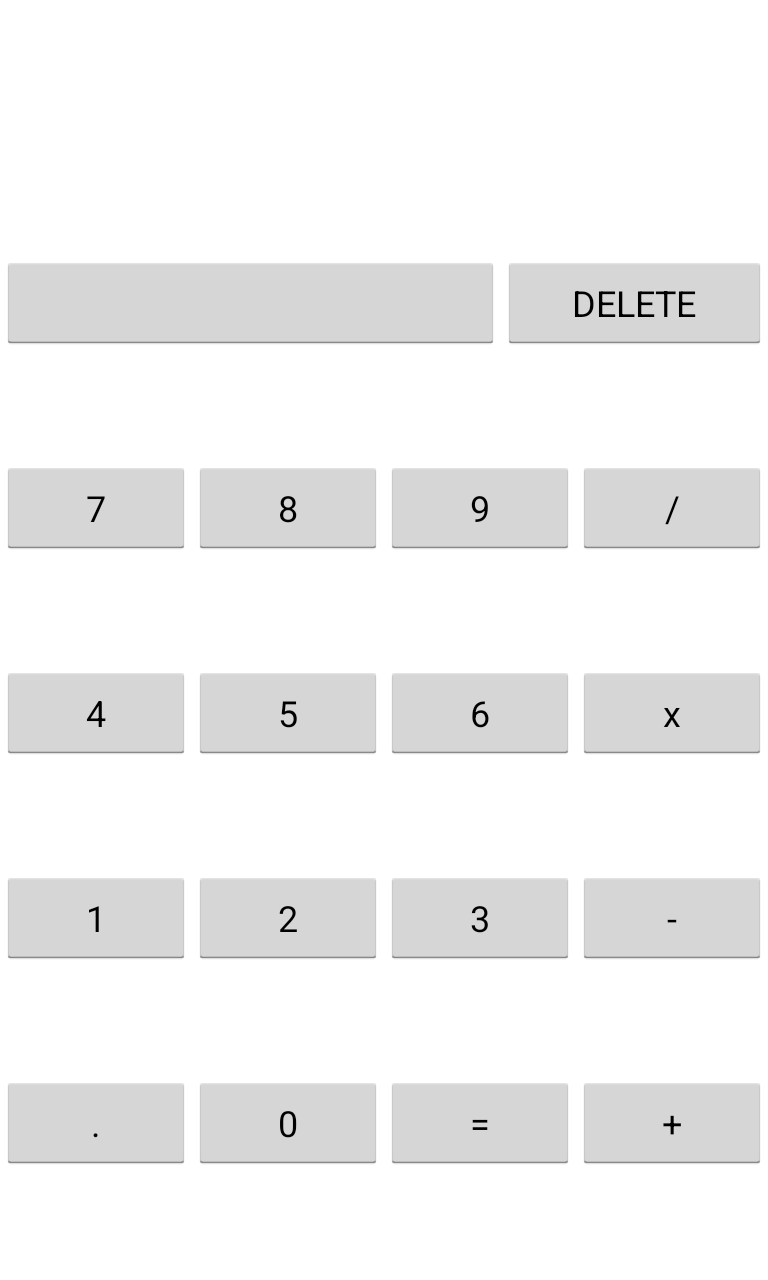
Repository: iracom/ejercicios-android
Layout: Calculadora/res/layout/activity_main.xml
The author's editor kept a copy of each file at every save. The layout is drawn from the files as they stood at one save, then again after the next save.
It is drawn on a 768 x 1280 px phone screen (xhdpi) without system bars, with theme AppTheme; the app's code is not run.

Above is the layout before, as saved 2014-05-07 10:06:20.

### Calculadora/res/layout/activity_main.xml
<LinearLayout xmlns:android="http://schemas.android.com/apk/res/android"
    xmlns:tools="http://schemas.android.com/tools"
    android:id="@+id/container"
    android:layout_width="match_parent"
    android:layout_height="match_parent"
    android:orientation="vertical">

    <TextView
        android:id="@+id/textView1"
        android:layout_width="match_parent"
        android:layout_height="wrap_content"
        android:layout_weight="2"
        android:text="" />

    <LinearLayout
        android:layout_width="match_parent"
        android:layout_height="wrap_content"
        android:layout_weight="1"
        android:orientation="horizontal" >

        <Button
            android:id="@+id/button2"
            android:layout_width="wrap_content"
            android:layout_height="wrap_content"
            android:layout_weight="4"
            android:text=""
            android:clickable="false"/>

        <Button
            android:id="@+id/btn_delete"
            android:layout_width="wrap_content"
            android:layout_height="wrap_content"
            android:layout_weight="1"
            android:text="@string/borrar" />

    </LinearLayout>

    <LinearLayout
        android:layout_width="match_parent"
        android:layout_height="wrap_content"
        android:layout_weight="1"
        android:orientation="horizontal" >

        <Button
            android:id="@+id/btn_7"
            android:layout_width="wrap_content"
            android:layout_height="wrap_content"
            android:layout_weight="1"
            android:text="@string/siete" />

        <Button
            android:id="@+id/btn_8"
            android:layout_width="wrap_content"
            android:layout_height="wrap_content"
            android:layout_weight="1"
            android:text="@string/ocho" />

        <Button
            android:id="@+id/btn_9"
            android:layout_width="wrap_content"
            android:layout_height="wrap_content"
            android:layout_weight="1"
            android:text="@string/nueve" />

        <Button
            android:id="@+id/btn_div"
            android:layout_width="wrap_content"
            android:layout_height="wrap_content"
            android:layout_weight="1"
            android:text="@string/div" />

    </LinearLayout>

    <LinearLayout
        android:layout_width="match_parent"
        android:layout_height="wrap_content"
        android:layout_weight="1"
        android:orientation="horizontal" >

        <Button
            android:id="@+id/btn_4"
            android:layout_width="wrap_content"
            android:layout_height="wrap_content"
            android:layout_weight="1"
            android:text="@string/cuatro" />

        <Button
            android:id="@+id/btn_5"
            android:layout_width="wrap_content"
            android:layout_height="wrap_content"
            android:layout_weight="1"
            android:text="@string/cinco" />

        <Button
            android:id="@+id/btn_6"
            android:layout_width="wrap_content"
            android:layout_height="wrap_content"
            android:layout_weight="1"
            android:text="@string/seis" />

        <Button
            android:id="@+id/btn_mul"
            android:layout_width="wrap_content"
            android:layout_height="wrap_content"
            android:layout_weight="1"
            android:text="@string/mul" />

    </LinearLayout>

    <LinearLayout
        android:layout_width="match_parent"
        android:layout_height="wrap_content"
        android:layout_weight="1"
        android:orientation="horizontal" >

        <Button
            android:id="@+id/btn_1"
            android:layout_width="wrap_content"
            android:layout_height="wrap_content"
            android:layout_weight="1"
            android:text="@string/uno" />

        <Button
            android:id="@+id/btn_2"
            android:layout_width="wrap_content"
            android:layout_height="wrap_content"
            android:layout_weight="1"
            android:text="@string/dos" />

        <Button
            android:id="@+id/btn_3"
            android:layout_width="wrap_content"
            android:layout_height="wrap_content"
            android:layout_weight="1"
            android:text="@string/tres" />

        <Button
            android:id="@+id/btn_res"
            android:layout_width="wrap_content"
            android:layout_height="wrap_content"
            android:layout_weight="1"
            android:text="@string/res" />

    </LinearLayout>

    <LinearLayout
        android:layout_width="match_parent"
        android:layout_height="wrap_content"
        android:layout_weight="1"
        android:orientation="horizontal" >

        <Button
            android:id="@+id/btn_punto"
            android:layout_width="wrap_content"
            android:layout_height="wrap_content"
            android:layout_weight="1"
            android:text="@string/punto" />

        <Button
            android:id="@+id/btn_0"
            android:layout_width="wrap_content"
            android:layout_height="wrap_content"
            android:layout_weight="1"
            android:text="@string/cero" />

        <Button
            android:id="@+id/btn_igual"
            android:layout_width="wrap_content"
            android:layout_height="wrap_content"
            android:layout_weight="1"
            android:text="@string/igual" />

        <Button
            android:id="@+id/btn_sum"
            android:layout_width="wrap_content"
            android:layout_height="wrap_content"
            android:layout_weight="1"
            android:text="@string/sum" />

    </LinearLayout>

</LinearLayout>

### Calculadora/res/values/strings.xml
<?xml version="1.0" encoding="utf-8"?>
<resources>

    <string name="app_name">Calculadora</string>
    <string name="hello_world">Hello world!</string>
    <string name="action_settings">Settings</string>
    <string name="borrar">DELETE</string>
    <string name="uno">1</string>
    <string name="dos">2</string>
    <string name="tres">3</string>
    <string name="cuatro">4</string>
    <string name="cinco">5</string>
    <string name="seis">6</string>
    <string name="siete">7</string>
    <string name="ocho">8</string>
    <string name="nueve">9</string>
    <string name="cero">0</string>
    <string name="sum">+</string>
    <string name="res">-</string>
    <string name="mul">x</string>
    <string name="div">/</string>
    <string name="igual">=</string>
    <string name="punto">.</string>

</resources>

Loaded but not shown: Calculadora/res/values/styles.xml (common file); Calculadora/res/values-v11/styles.xml (common file); Calculadora/res/values-v14/styles.xml (common file)

After the next save:
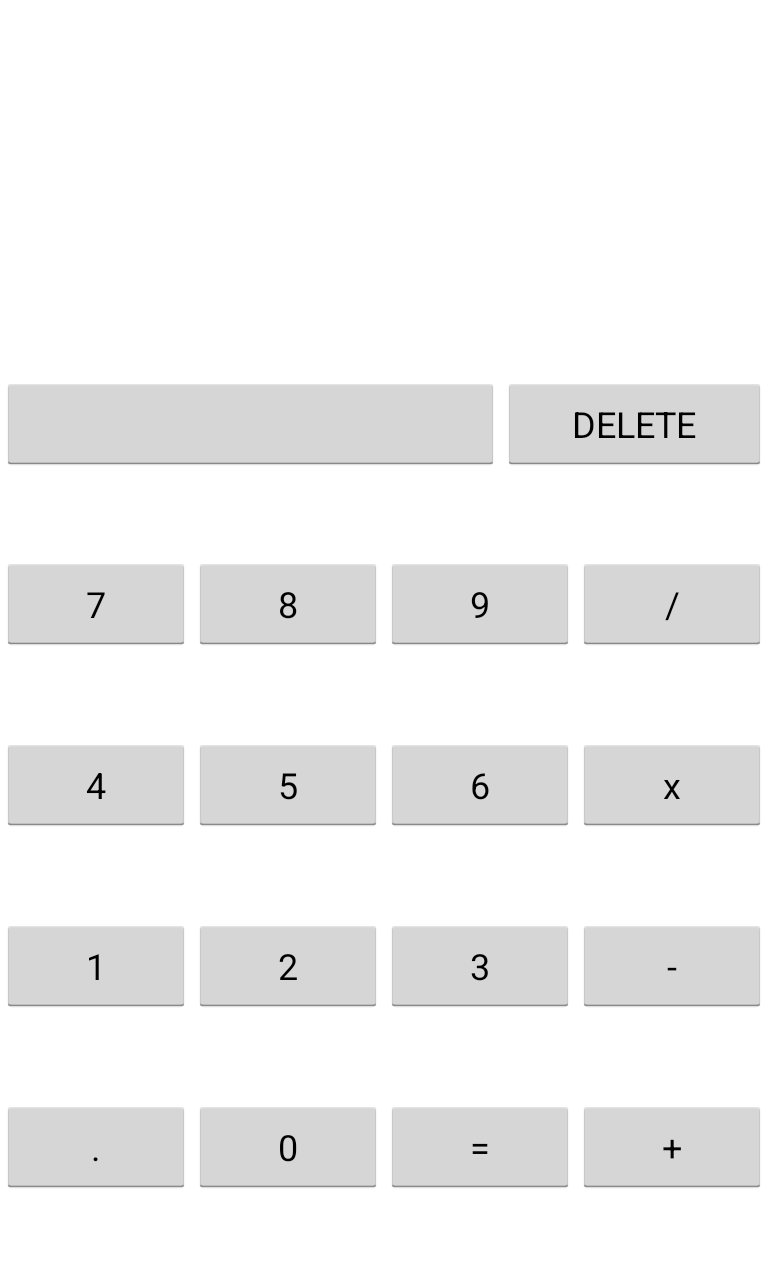
Saved 34 s later.
--- a/Calculadora/res/layout/activity_main.xml
+++ b/Calculadora/res/layout/activity_main.xml
@@ -9,7 +9,7 @@
         android:id="@+id/textView1"
         android:layout_width="match_parent"
         android:layout_height="wrap_content"
-        android:layout_weight="2"
+        android:layout_weight="4"
         android:text="" />
 
     <LinearLayout
